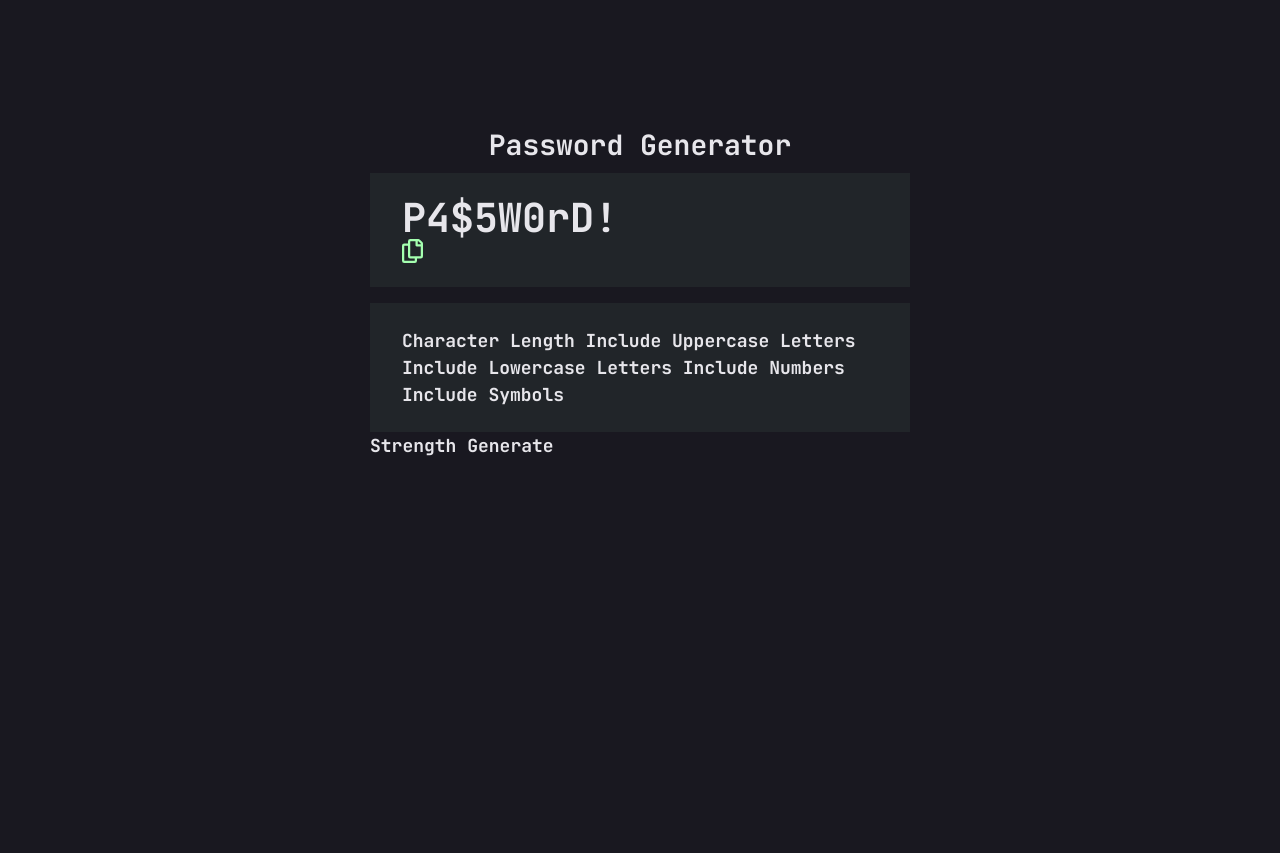
Repository: blordeus/password-generator-app
Page: starter-code/index.html
The author's editor kept a copy of each file at every save. The page is drawn from the files as they stood at one save, then again after the next save.
The browser window is 1280 px wide. The pictures show the whole page.

Above is the page before, as saved 2023-10-05 20:04:08.

### starter-code/index.html
<!DOCTYPE html>
<html lang="en">
<head>
  <meta charset="UTF-8">
  <meta name="viewport" content="width=device-width, initial-scale=1.0">
  <link href="https://cdn.jsdelivr.net/npm/bootstrap@5.3.2/dist/css/bootstrap.min.css" rel="stylesheet" integrity="sha384-T3c6CoIi6uLrA9TneNEoa7RxnatzjcDSCmG1MXxSR1GAsXEV/Dwwykc2MPK8M2HN" crossorigin="anonymous">
  <script src="https://cdn.jsdelivr.net/npm/bootstrap@5.3.2/dist/js/bootstrap.bundle.min.js" integrity="sha384-C6RzsynM9kWDrMNeT87bh95OGNyZPhcTNXj1NW7RuBCsyN/o0jlpcV8Qyq46cDfL" crossorigin="anonymous" defer></script>
  <link rel="icon" type="image/png" sizes="32x32" href="./assets/images/favicon-32x32.png">
  <link rel="stylesheet" href="./assets/style.css">
  <link href="https://fonts.googleapis.com/css2?family=JetBrains+Mono:wght@700&display=swap" rel="stylesheet">
  <title>Frontend Mentor | Password generator app</title>
</head>
<body>
<main class="main">

    <h1 class="fs-3 title text-grey">Password Generator</h1>

    <div class="field bg-dark fs-1 flex">
      <p id="fieldText" class="fieldText text-grey">P4$5W0rD!</p>
      <div class="copy flex">
        <p id="copyMsg" class="fs-3 uppercase text-green">copied</p>
        <img id="copyIcon" src="./assets/images/icon-copy.svg" alt="">
      </div>
    </div>

    <div class="options bg-dark">
      <label for="slider" class="sliderLabel flex">Character Length <span class="sliderValue "></span></label>
      Include Uppercase Letters
      Include Lowercase Letters
      Include Numbers
      Include Symbols
    </div>
    <div>
      Strength
      Generate
    </div>
</main>

</body>
</html>

### starter-code/assets/style.css
/* ------------------- */
/* Custom properties   */
/* ------------------- */

:root {
    /* colors */
    --clr-darkGrey: 248 10% 15%;
    --clr-grey: 251 9% 53%;
    --clr-almostWhite: 252 11% 91%;
    --clr-veryDarkGrey: 248 15% 11%;
    --clr-neonGreen: 127 100% 82%;
    --clr-red: 0 91% 63%;
    --clr-orange: 13 95% 66%;
    --clr-yellow: 42 91% 68%;

    /* font-sizes */
    --fs-1: 1.5rem;
    --fs-2: 1.125rem;
    --fs-3: 1rem;
  }

  @media (min-width: 35em) {
    :root {
      --fs-1: 2rem;
      --fs-2: 1.5rem;
      --fs-3: 1.125rem;
    }
  }

  /* ------------------- */
  /* Reset               */
  /* ------------------- */

  /* https://piccalil.li/blog/a-modern-css-reset/ */

  /* Box sizing */
  *,
  *::before,
  *::after {
    box-sizing: border-box;
  }

  /* Reset margins */
  body,
  h1,
  h2,
  h3,
  h4,
  h5,
  p,
  figure,
  picture {
    margin: 0;
  }

  h1,
  h2,
  h3,
  h4,
  h5,
  h6,
  p {
    font-weight: 400;
  }

  /* set up the body */
  body {
    font-family: "JetBrains Mono", monospace;
    font-size: var(--fs-3);
    font-weight: 700;
    color: hsl(var(--clr-almostWhite));
    background-color: hsl(var(--clr-veryDarkGrey));
    min-height: 100vh;

    overflow-x: hidden;
  }

  /* make images easier to work with */
img,
picture {
  max-width: 100%;
  display: block;
}

/* make form elements easier to work with */
input,
button,
textarea,
select {
  font: inherit;
}

/* typography */

.uppercase {
    text-transform: uppercase;
  }

  .fs-1 {
    font-size: var(--fs-1);
    line-height: 2rem;
  }

  .fs-2 {
    font-size: var(--fs-2);
    line-height: 1.485rem;
  }

  .fs-3 {
    font-size: var(--fs-3);
    line-height: 1.32rem;
  }

  @media (min-width: 35em) {
    .fs-1 {
      line-height: 2.64rem;
    }

    .fs-2 {
      line-height: 1.98rem;
    }

    .fs-3 {
      line-height: 1.485rem;
    }
  }

  /*     Layout     */
/* -------------- */

.main {
    margin-top: 4rem;
    margin-inline: 1rem;
  }

  @media (min-width: 35em) {
    .main {
      max-width: 33.75rem;
      margin-top: 8.3125rem;
      margin-inline: auto;
    }
  }

  .title {
    text-align: center;
    margin-block: 0;
    margin-bottom: 1rem;
  }

  .field {
    padding: 1rem;
    justify-content: space-between;
    align-items: center;
    margin-bottom: 1rem;
  }

  @media (min-width: 35em) {
    .field {
      padding: 1.5rem 2rem;
    }
  }

  .copy {
    gap: 1rem;
    align-items: center;
  }

  #copyMsg {
    display: none;
  }

  .copyIcon:hover {
    cursor: pointer;
  }

  .copyIcon:hover .copyIconPath {
    fill: white;
  }

  .options {
    padding: 1rem;
  }

  @media (min-width: 35em) {
    .options {
      padding: 1.5rem 2rem;
    }
  }

  .sliderLabel {
    justify-content: space-between;
    align-items: center;
  }

  .slider {
    width: 100%;
    margin-top: 1rem;
    margin-bottom: 2rem;
  }

  input[type="range"] {
    -webkit-appearance: none;
    background: hsl(var(--clr-veryDarkGrey));
    accent-color: white;
    cursor: pointer;
    height: 8px;
    background-image: linear-gradient(
      hsl(var(--clr-neonGreen)),
      hsl(var(--clr-neonGreen))
    );
    background-size: 30% 100%;
    background-repeat: no-repeat;
  }

  input[type="range"]::-webkit-slider-thumb {
    height: 28px;
    width: 28px;
    background: hsl(var(--clr-almostWhite));
    -webkit-appearance: none;
    border-radius: 14px;
  }

  input[type="range"]:hover::-webkit-slider-thumb {
    background: hsl(var(--clr-veryDarkGrey));
    border: 2px solid hsl(var(--clr-neonGreen));
    -webkit-appearance: none;
  }

  .checkboxes {
    flex-direction: column;
    gap: 1rem;
    margin-bottom: 2rem;
  }

  /* Customize the label (the container) */
  .checkboxLabel {
    display: block;
    position: relative;
    padding-left: 2.5rem;
    cursor: pointer;
    -webkit-user-select: none;
    -moz-user-select: none;
    -ms-user-select: none;
    user-select: none;
  }

  /* Hide the browser's default checkbox */
  .checkboxLabel input {
    position: absolute;
    opacity: 0;
    cursor: pointer;
    height: 0;
    width: 0;
  }

  /* Create a custom checkbox */
  .checkmark {
    position: absolute;
    top: 0;
    left: 0;
    height: 20px;
    width: 20px;
    background-color: hsl(var(--clr-darkGrey));
    border: 2px solid hsl(var(--clr-almostWhite));
    display: flex;
    justify-content: center;
    align-items: center;
  }

  /* On mouse-over, add a background color */
  .checkboxLabel:hover input ~ .checkmark {
    border-color: hsl(var(--clr-neonGreen));
  }

  /* When the checkbox is checked, add a background */
  .checkboxLabel input:checked ~ .checkmark {
    background-color: hsl(var(--clr-neonGreen));
    border-color: hsl(var(--clr-neonGreen));
  }

  /* Create the checkmark/indicator (hidden when not checked) */
  .checkmark:after {
    content: "";
    position: absolute;
    display: none;
  }

  /* Show the checkmark when checked */
  .checkboxLabel input:checked ~ .checkmark:after {
    display: block;
  }

  .strength {
    background-color: hsl(var(--clr-veryDarkGrey));
    padding: 1rem;
    justify-content: space-between;
    align-items: center;
    margin-bottom: 1rem;
  }

  .strengthLvl {
    align-items: center;
  }

  .strengthLvl p {
    margin-right: 0.5rem;
  }

  .bars {
    width: 10px;
    height: 28px;
    border: 2px solid hsl(var(--clr-almostWhite));
    margin-left: 0.5rem;
  }

  .button {
    width: 100%;
    padding-top: 1.125rem;
    padding-bottom: 1.125rem;
    border: 2px solid hsl(var(--clr-neonGreen));
  }

  .button:hover {
    background-color: hsl(var(--clr-darkGrey));
    color: hsl(var(--clr-neonGreen));
    cursor: pointer;
  }

  .button svg {
    margin-left: 1rem;
  }

  .button:hover path {
    fill: hsl(var(--clr-neonGreen));
  }

  .alert {
    display: none;
    text-align: center;
    color: hsl(var(--clr-red));
  }

  /*  Level Classes */

  .tooWeak {
    background-color: hsl(var(--clr-red));
    border: 2px solid hsl(var(--clr-red));
  }

  .weak {
    background-color: hsl(var(--clr-orange));
    border: 2px solid hsl(var(--clr-orange));
  }

  .medium {
    background-color: hsl(var(--clr-yellow));
    border: 2px solid hsl(var(--clr-yellow));
  }

  .strong {
    background-color: hsl(var(--clr-neonGreen));
    border: 2px solid hsl(var(--clr-neonGreen));
  }

After the next save:
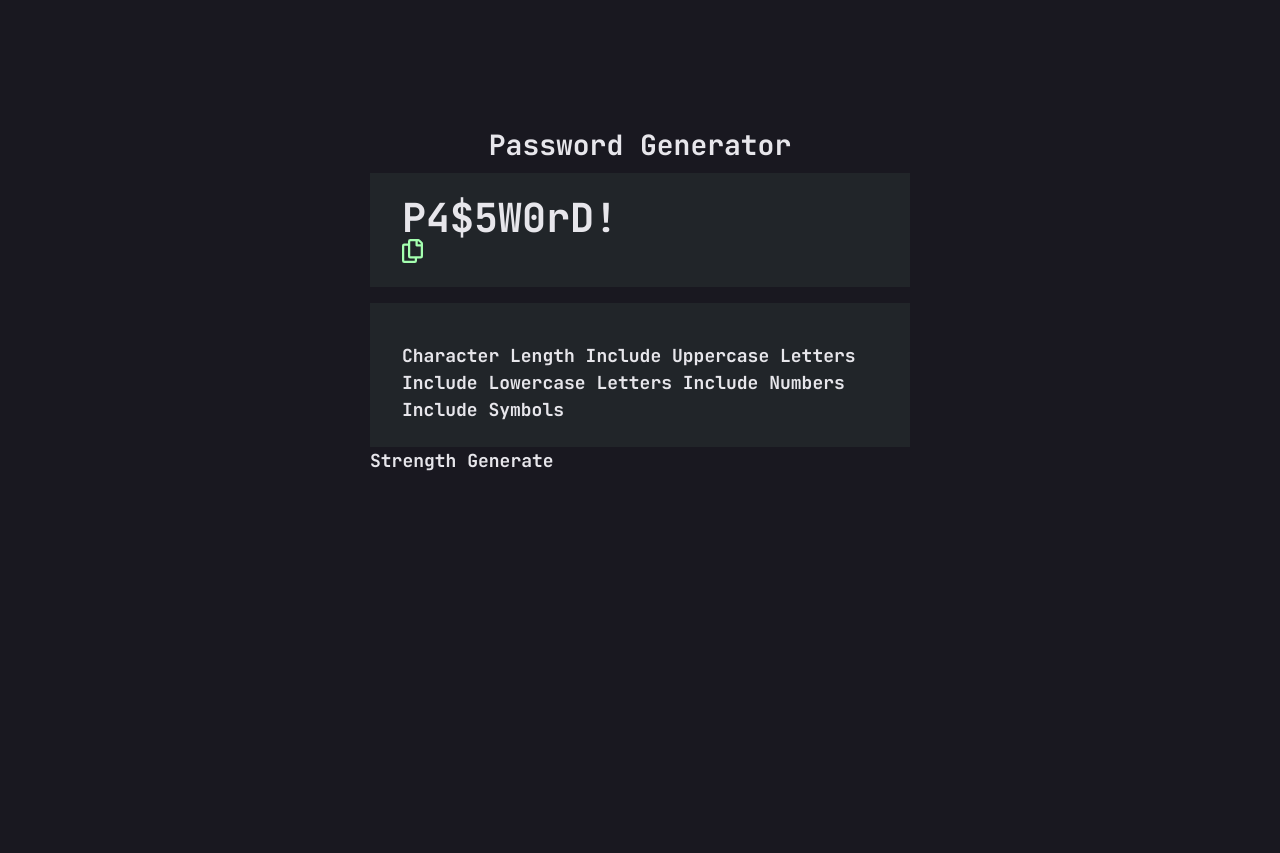
Saved 6 s later.
--- a/starter-code/index.html
+++ b/starter-code/index.html
@@ -24,7 +24,7 @@
     </div>
 
     <div class="options bg-dark">
-      <label for="slider" class="sliderLabel flex">Character Length <span class="sliderValue "></span></label>
+      <label for="slider" class="sliderLabel flex">Character Length <span class="sliderValue fs-1 text-green"></span></label>
       Include Uppercase Letters
       Include Lowercase Letters
       Include Numbers
